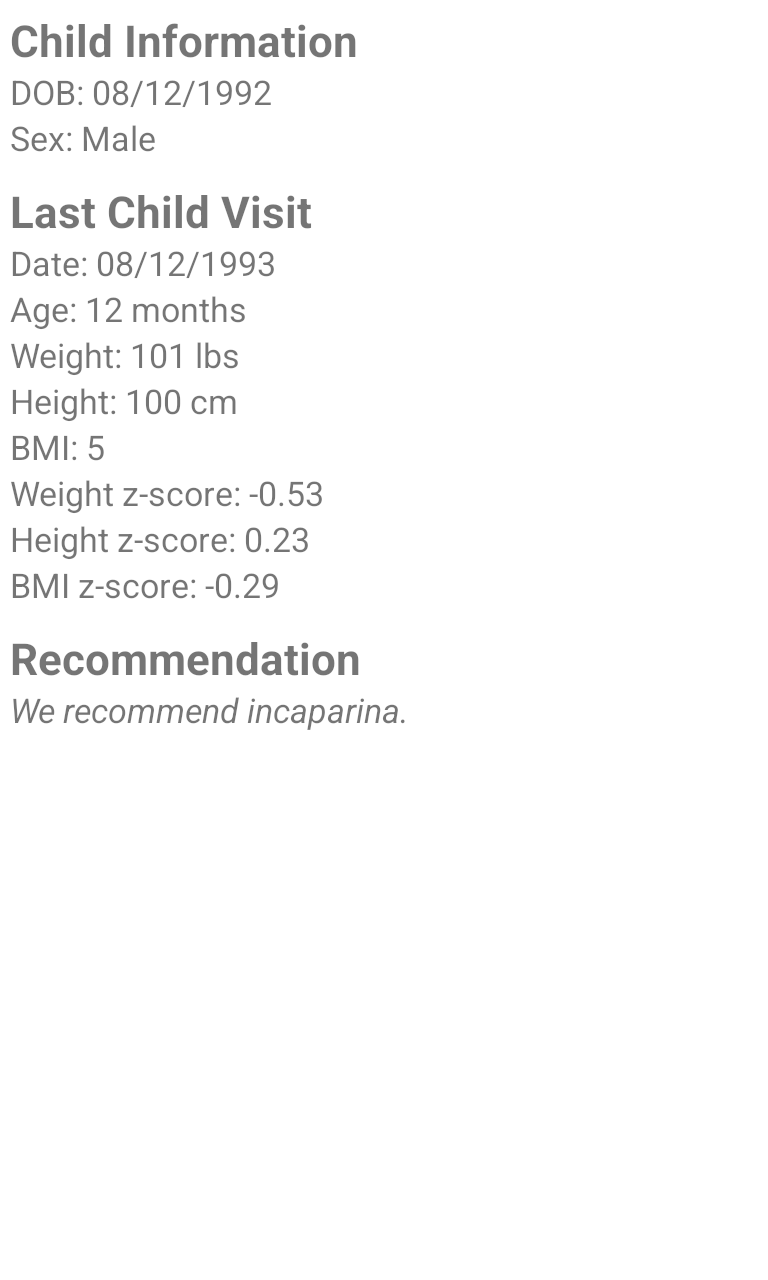
Repository: achavez812/GuatemalaProject2
Layout: GuateMedic-master/GuateMedic/res/layout/fragment_graph_left.xml
The author's editor kept a copy of each file at every save. The layout is drawn from the files as they stood at one save, then again after the next save.
It is drawn on a 768 x 1280 px phone screen (xhdpi) without system bars, with theme AppTheme; the app's code is not run.

Above is the layout before, as saved 2014-07-03 04:19:38.

### GuateMedic-master/GuateMedic/res/layout/fragment_graph_left.xml
<?xml version="1.0" encoding="utf-8"?>
<LinearLayout xmlns:android="http://schemas.android.com/apk/res/android"
    android:layout_width="match_parent"
    android:layout_height="match_parent"
    android:paddingTop="5dp"
    android:paddingLeft="5dp"
    android:background="@color/white"
    android:orientation="vertical" >

    <TextView
        android:id="@+id/graph_child_header"
        android:layout_width="wrap_content"
        android:layout_height="wrap_content"
        android:textStyle="bold"
        android:textSize="22sp"
        android:text="Child Information"
        />

    <TextView
        android:id="@+id/graph__child_dob"
        android:layout_width="wrap_content"
        android:layout_height="wrap_content"
        android:textSize="17sp"
        android:text="DOB: 08/12/1992"
        />

     <TextView
        android:id="@+id/graph__child_sex"
        android:layout_width="wrap_content"
        android:layout_height="wrap_content"
        android:textSize="17sp"
        android:text="Sex: Male"
        />

    <TextView
        android:id="@+id/graph_last_child_visit_header"
        android:layout_width="wrap_content"
        android:layout_height="wrap_content"
        android:layout_marginTop="10dp"
        android:textStyle="bold"
        android:textSize="22sp"
        android:text="Last Child Visit"
        />

    <TextView
        android:id="@+id/graph_last_child_visit_date"
        android:layout_width="wrap_content"
        android:layout_height="wrap_content"
        android:textSize="17sp"
        android:text="Date: 08/12/1993"
        />

    <TextView
        android:id="@+id/graph_last_child_visit_age"
        android:layout_width="wrap_content"
        android:layout_height="wrap_content"
        android:textSize="17sp"
        android:text="Age: 12 months"
        />

    <TextView
        android:id="@+id/graph_last_child_visit_weight"
        android:layout_width="wrap_content"
        android:layout_height="wrap_content"
        android:textSize="17sp"
        android:text="Weight: 101 lbs"
        />

    <TextView
        android:id="@+id/graph_last_child_visit_height"
        android:layout_width="wrap_content"
        android:layout_height="wrap_content"
        android:textSize="17sp"
        android:text="Height: 100 cm"
        />

    <TextView
        android:id="@+id/graph_last_child_visit_bmi"
        android:layout_width="wrap_content"
        android:layout_height="wrap_content"
        android:textSize="17sp"
        android:text="BMI: 5"
        />

    <TextView
        android:id="@+id/graph_last_child_visit_weight_z_score"
        android:layout_width="wrap_content"
        android:layout_height="wrap_content"
        android:textSize="17sp"
        android:text="Weight z-score: -0.53"
        />

    <TextView
        android:id="@+id/graph_last_child_visit_height_z_score"
        android:layout_width="wrap_content"
        android:layout_height="wrap_content"
        android:textSize="17sp"
        android:text="Height z-score: 0.23"
        />

    <TextView
        android:id="@+id/graph_last_child_visit_bmi_z_score"
        android:layout_width="wrap_content"
        android:layout_height="wrap_content"
        android:textSize="17sp"
        android:text="BMI z-score: -0.29"
        />

    <TextView
        android:id="@+id/graph_child_reccomendation_header"
        android:layout_width="wrap_content"
        android:layout_height="wrap_content"
        android:textStyle="bold"
        android:textSize="22sp"
        android:layout_marginTop="10dp"
        android:text="Recommendation"
        />

	 <TextView
        android:id="@+id/graph_child_reccomendation_info"
        android:layout_width="wrap_content"
        android:layout_height="wrap_content"
        android:textSize="17sp"
        android:textStyle="italic"
        android:text="We recommend incaparina."
        />


</LinearLayout>

### GuateMedic-master/GuateMedic/res/values/styles.xml
<resources xmlns:android="http://schemas.android.com/apk/res/android">

    <!--
        Base application theme, dependent on API level. This theme is replaced
        by AppBaseTheme from res/values-vXX/styles.xml on newer devices.
    -->

    <!-- Application theme. -->
    <style name="AppTheme" parent="@style/Theme.AppCompat.Light.DarkActionBar">
        <!-- All customizations that are NOT specific to a particular API-level can go here. -->
    	<item name="android:typeface">sans</item>
        <item name="actionBarStyle">@style/MyActionBar</item>
    	<item name="android:actionBarStyle">@style/MyActionBar</item>
    	<item name="android:actionOverflowButtonStyle">@style/OverFlow</item>
    	<item name="android:popupMenuStyle">@style/MyPopupMenu</item>
    	<item name="popupMenuStyle">@style/MyPopupMenu</item>
        <item name="android:panelBackground">#004d6b</item>
         <item name="android:itemTextAppearance">@style/myCustomMenuTextApearance</item>

    </style>
       <style name="myCustomMenuTextApearance" parent="@android:style/TextAppearance.Widget.IconMenu.Item">
        <item name="android:textColor">#FFFFFF</item>
        <item name="android:textSize">20sp</item>

    </style>
    <style name="MyActionBar" parent="@style/Widget.AppCompat.Light.ActionBar.Solid.Inverse">
        <item name="android:background">#004d6b</item>
        <item name="android:titleTextStyle">@style/TitleText</item>



    </style>

    <style name ="MyPopupMenu" parent="android:Theme.Holo.Light">
        <item name="android:popupBackground">#004d6b</item>
    </style>

    <style name="OverFlow" parent="@android:style/Widget.Holo.ActionButton.Overflow">
    	<item name="android:src">@drawable/ic_action_overflow</item>
	</style>
    <style name="TitleText">
        <item name="android:textColor">#FFFFFF</item>
        <item name="android:typeface">sans</item>
        <item name="android:textSize">30sp</item>

    </style>
	<!--
	<style name="HomePage" parent="AppTheme">
	<item name="android:background"> @drawable/guatemala_home_bg </item>
	</style>
	    -->





</resources>

### GuateMedic-master/GuateMedic/res/values/colors.xml
<?xml version="1.0" encoding="utf-8"?>
<resources>
    <color name="black">#000000</color>
    <color name="white">#FFFFFF</color>
    <color name="gray_light">#D8D8D8 </color>
    <color name="gray_medium">#B8B8B8</color>
    <color name="gray_dark">#808080</color>
</resources>

After the next save:
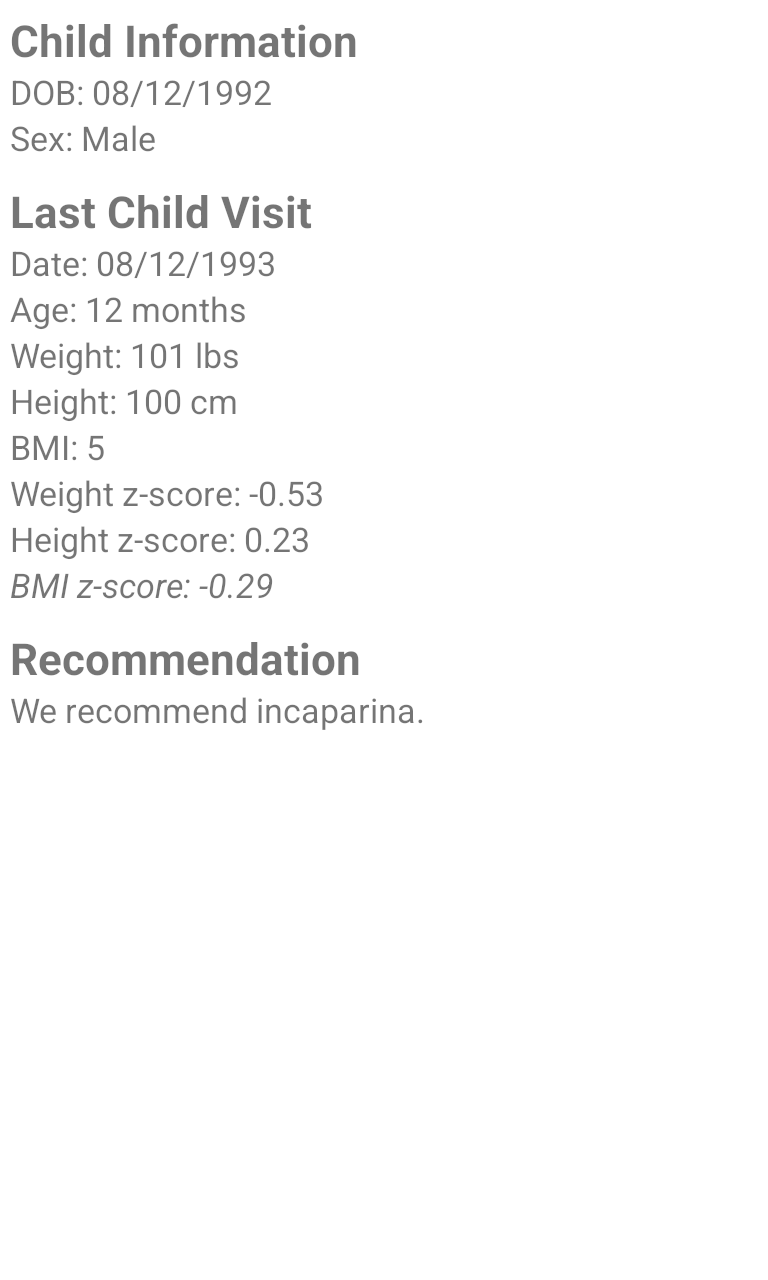
Saved 25 s later.
--- a/GuateMedic-master/GuateMedic/res/layout/fragment_graph_left.xml
+++ b/GuateMedic-master/GuateMedic/res/layout/fragment_graph_left.xml
@@ -103,6 +103,7 @@
         android:layout_width="wrap_content"
         android:layout_height="wrap_content"
         android:textSize="17sp"
+        android:textStyle="italic"
         android:text="BMI z-score: -0.29"
         />
 
@@ -113,6 +114,7 @@
         android:textStyle="bold"
         android:textSize="22sp"
         android:layout_marginTop="10dp"
+        android:textStyle="bold"
         android:text="Recommendation"
         />
 
@@ -121,7 +123,6 @@
         android:layout_width="wrap_content"
         android:layout_height="wrap_content"
         android:textSize="17sp"
-        android:textStyle="italic"
         android:text="We recommend incaparina."
         />
 
